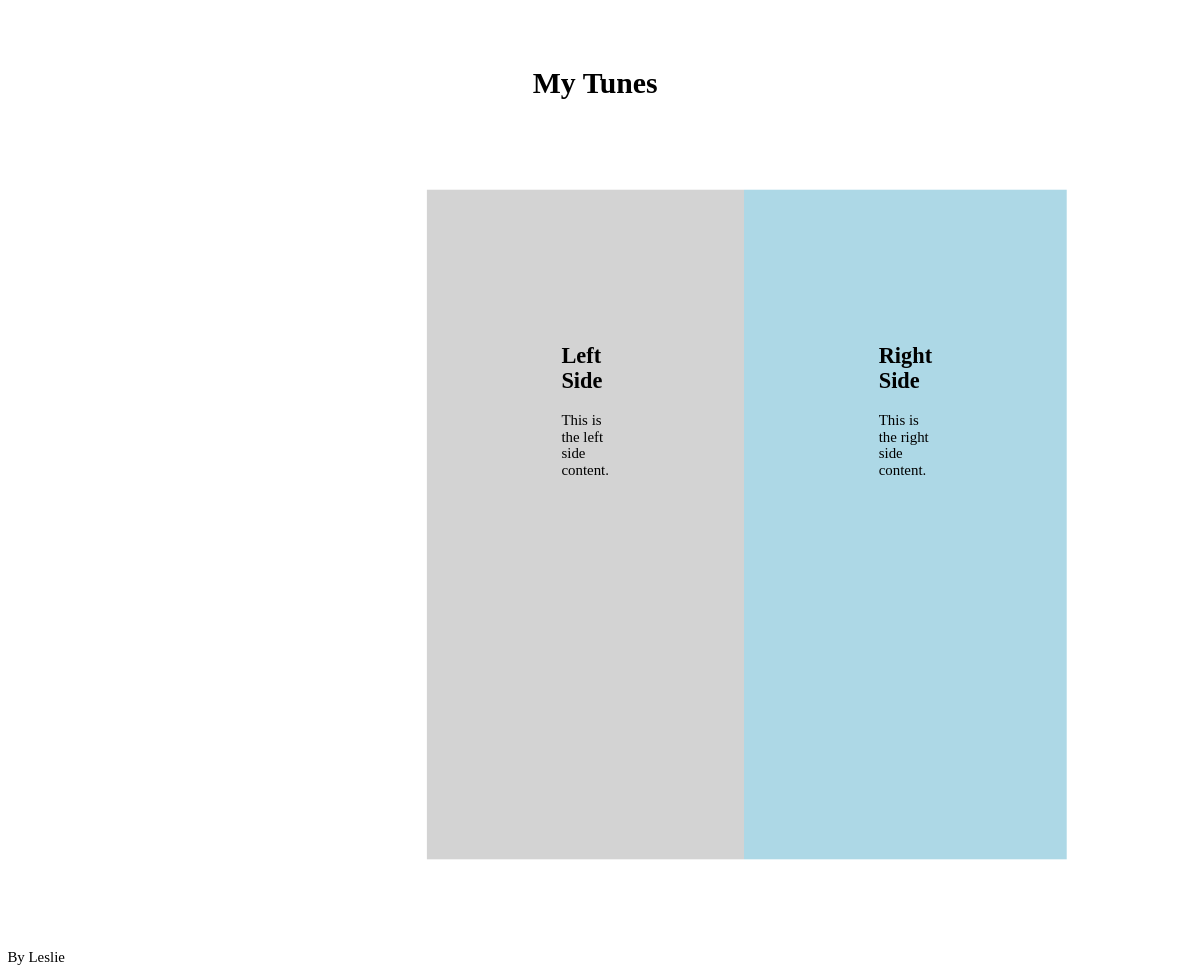
Repository: leslie179/labOne
Page: /
An editor plug-in stored every save of this project. The page is shown before and after a run of saves, followed by the edit.
The browser window is 1280 px wide. The page is 1280 px wide, then 1283 px, so the pictures cover 1283 px, including what lies to the right of the window. The pictures show the whole page, at 93% of full size.
The project was rebuilt for these pictures with package versions that can differ from the ones it lists, and the page was loaded fresh each time. The framework's server and built-in components were replaced by stand-ins that run in the browser. Also part of the build but not shown: next.config.js, components/Footer/Footer.module.css, components/LeftComponent/LeftComponent.module.css, components/RightComponent/RightComponent.module.css.

Above is the page before, as saved 2024-09-15 21:38:48.

After the next 4 saves:
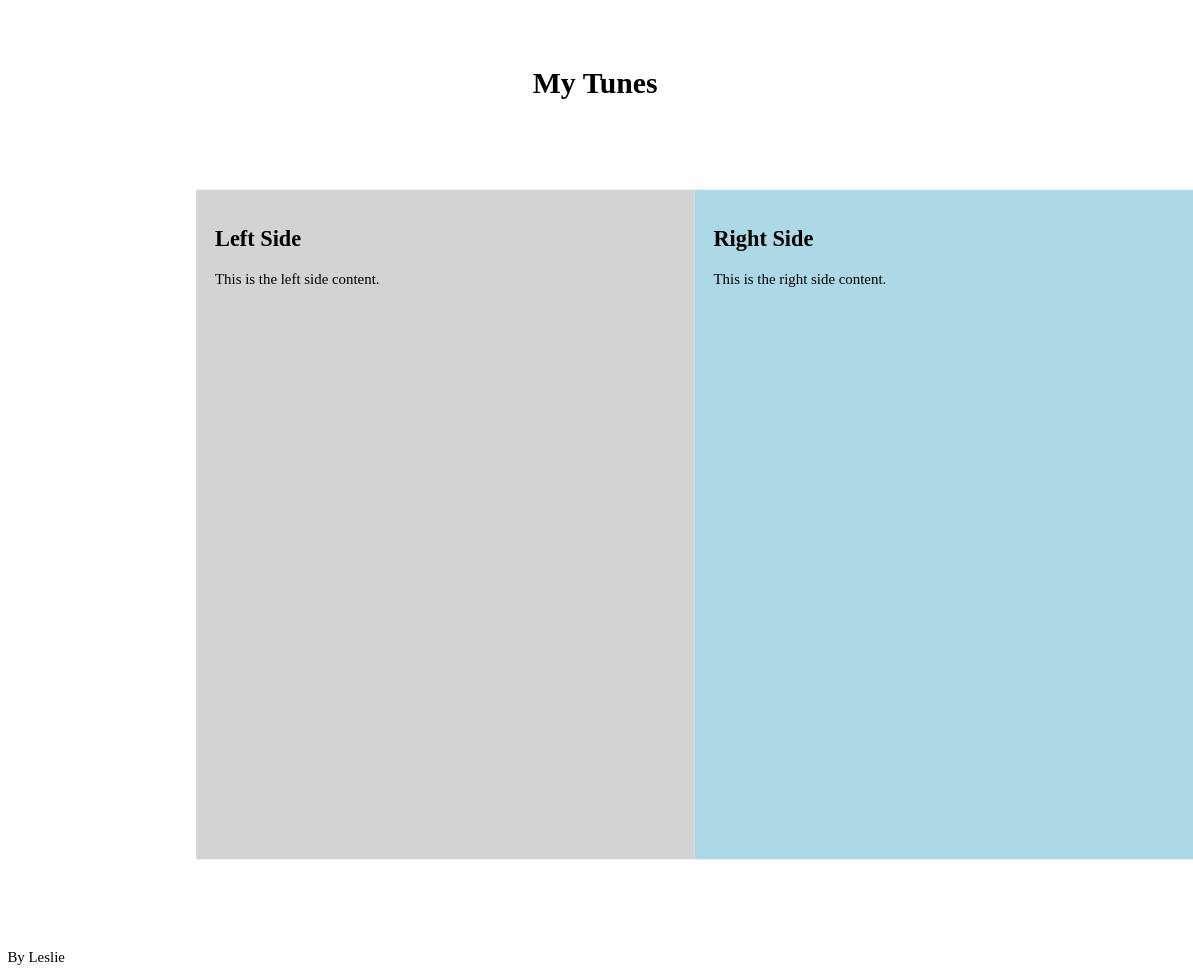
The 4 saves are shown as one change because they came seconds apart.
The last was saved 14 s later.
--- a/styles/Home.module.css
+++ b/styles/Home.module.css
@@ -7,16 +7,16 @@
   min-height: 20vh;
 }
 
-
 .container {
   display: flex;
-  justify-content: space-between;
+  width: 100%;
   height: 100vh;
+  padding-left: 20%;
 }
 
 .left, .right {
-  flex: 1;
-  padding: 40%;
+  width: 50%;
+  padding: 20px;
   box-sizing: border-box;
 }
 
